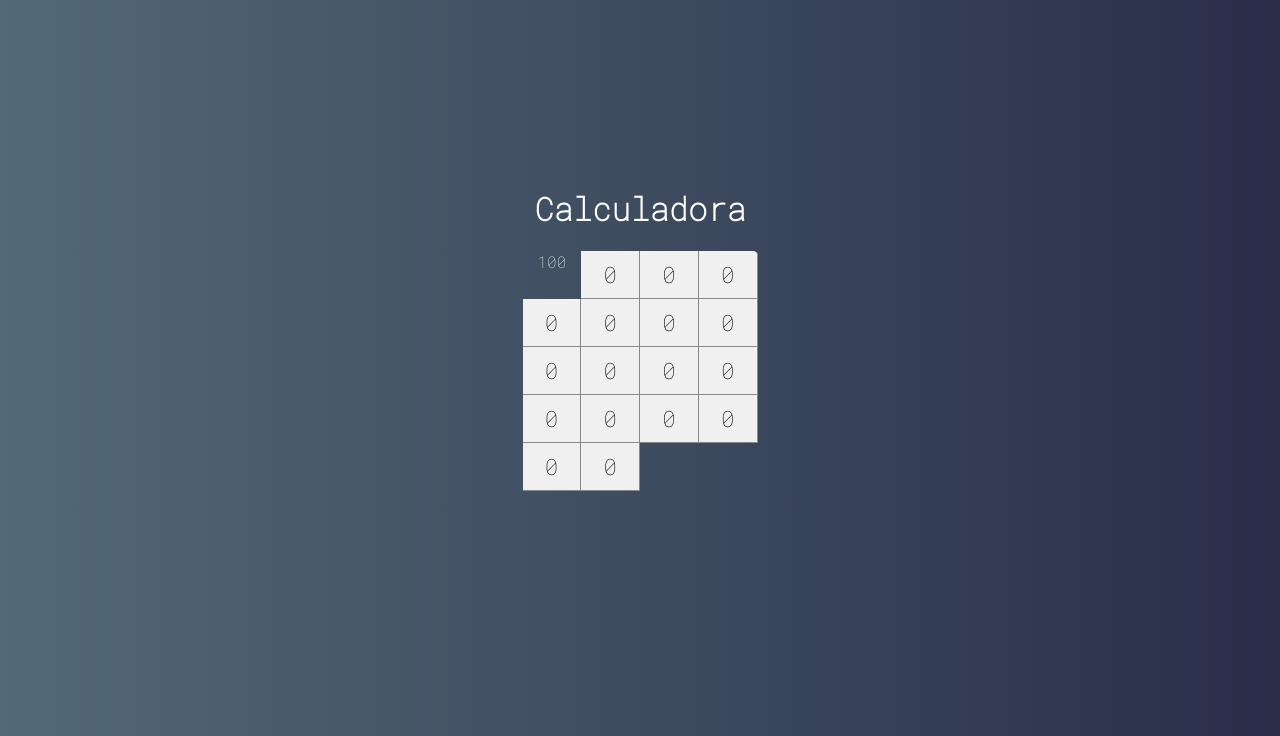
Repository: wellingtondevops/react-Calculator
Page: / (app in calculadora/)
These files come from the project's save history. The page is drawn as it stood at one moment and after the next save; the edit follows.
The browser window is 1280 px wide. The pictures show the whole page.
The project was rebuilt for these pictures with package versions that can differ from the ones it lists, and the page was loaded fresh each time. Also part of the build but not shown: calculadora/src/components/Display.css.

Above is the page before, as saved 2020-05-07 14:35:21.

### calculadora/src/index.js
import React from 'react';
import ReactDOM from 'react-dom';
import './index.css';
import Calculator from './main/Calculator'
import * as serviceWorker from './serviceWorker';

ReactDOM.render(
  <div>
  <h1>Calculadora</h1>
  <Calculator />
  </div>,
  document.getElementById('root')
);

// If you want your app to work offline and load faster, you can change
// unregister() to register() below. Note this comes with some pitfalls.
// Learn more about service workers: https://bit.ly/CRA-PWA
serviceWorker.unregister();

### calculadora/src/index.css
@font-face {
  font-family: 'RobotoMono';
  src: url('./fonts/RobotoMono-Thin.ttf')
}

* {
  font-family: 'RobotoMOno', monospace;
}

body {
  display: flex;
  height: 100vh;
  justify-content: center;
  align-items: center;
  text-align: center;

  color: #fff;
  background: linear-gradient(to right, rgb(83, 105 , 118), rgb(41, 46, 73));


}

### calculadora/src/main/Calculator.jsx
import React, {Component} from 'react'
import './Calculator.css'
import Button from '../components/Button'
import Display from '../components/Display'

export default class Calculator extends Component {
    render() {
        return (
            <div className="calculator">
                <Display value={100} />
                <Button label="AC"/>
                <Button label="/" />
                <Button label="7" />
                <Button label="8" />
                <Button label="9" />
                <Button label="*" />
                <Button label="4" />
                <Button label="5" />
                <Button label="6" />
                <Button label="-" />
                <Button label="1" />
                <Button label="2" />
                <Button label="3" />
                <Button label="+" />
                <Button label="0" />
                <Button label="." />
                <Button label="=" />
            </div>
        )
    }
}

### calculadora/src/main/Calculator.css
.calculator {
    height: 320px;
    width: 235px;
    border-radius: 5px;
    overflow: hidden;
    display: grid;
    grid-template-columns: repeat(4,25%);
    grid-template-rows: 48px 48px 48px 48px 48px ;
}

### calculadora/src/components/Button.jsx
import React from 'react'
import './Button.css'


export default props =>
    <button className='button'>0</button>

### calculadora/src/components/Display.jsx
import React, {Component} from 'react'
import './Display.css'

export default props =>
<div className="display">{props.value}</div>

### calculadora/src/components/Button.css
:root {
    --bg-button: #f0f0f0;
    --border-button: solid 1px #888;

}

.button {
    font-size: 1.4em;
    background-color:  var(--bg-button);
    border: none;
    border-right: var(--border-button);
    border-bottom: var(--border-button)
}

Loaded but not shown: calculadora/public/index.html (common file); calculadora/src/serviceWorker.js (common file)

After the next save:
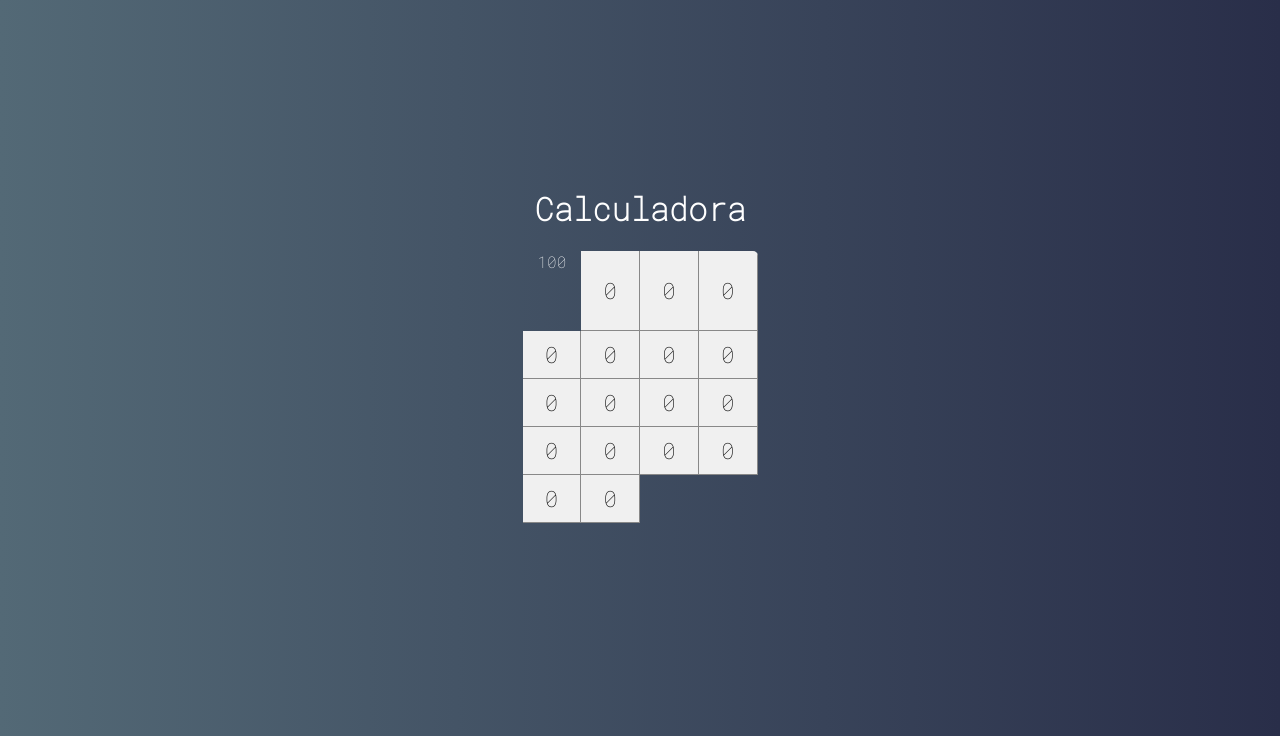
Saved 51 s later.
--- a/calculadora/src/main/Calculator.css
+++ b/calculadora/src/main/Calculator.css
@@ -5,5 +5,5 @@
     overflow: hidden;
     display: grid;
     grid-template-columns: repeat(4,25%);
-    grid-template-rows: 48px 48px 48px 48px 48px ;
+    grid-template-rows: 1fr 48px 48px 48px 48px 48px ;
 }
